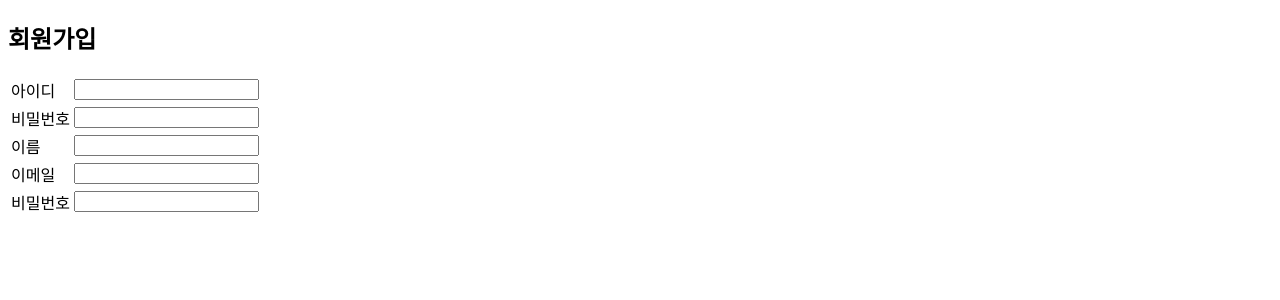
Repository: Idooru/academy_servlet
Page: pro07/WebContent/memberForm.html
These files come from the project's save history. The page is drawn as it stood at one moment and after a run of saves; the edit follows.
The browser window is 1280 px wide. The pictures show the whole page.

Above is the page before, as saved 2023-09-05 00:50:44.

### pro07/WebContent/memberForm.html
<!DOCTYPE html>
<html>

<head>
	<meta charset="UTF-8">
	<title>Insert title here</title>
</head>

<body>

	<form name="frmMember">
		<h2>회원가입</h2>
		<table>
			<tr>
				<td>아이디</td>
				<td><input type="text" name="id" /></td>
			</tr>
			<tr>
				<td>비밀번호</td>
				<td><input type="password" name="pwd" /></td>
			</tr>
			<tr>
				<td>이름</td>
				<td><input type="text" name="name" /></td>
			</tr>
			<tr>
				<td>이메일</td>
				<td><input type="email" name="email" /></td>
			</tr>
			<tr>
				<td>비밀번호</td>
				<td><input type="password" name="pwd" /></td>
			</tr>
		</table>
		<script></script>
	</form>

</body>

</html>

After the next 2 saves:
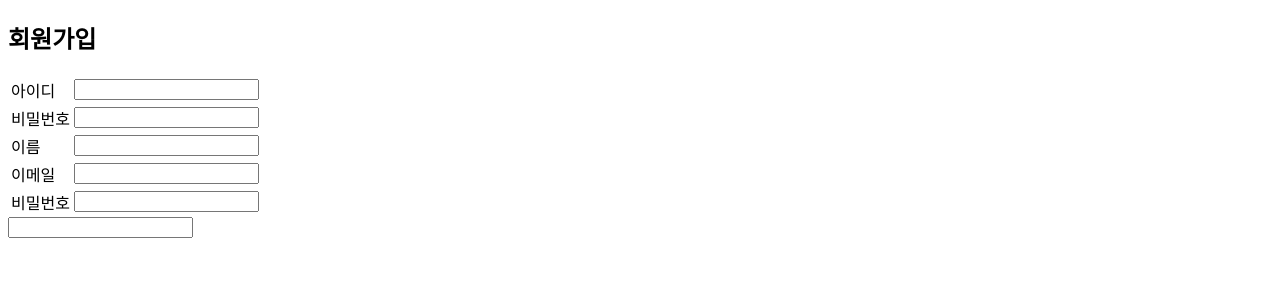
The 2 saves are shown as one change because they came seconds apart.
The last was saved 39 s later.
--- a/pro07/WebContent/memberForm.html
+++ b/pro07/WebContent/memberForm.html
@@ -32,7 +32,7 @@
 				<td><input type="password" name="pwd" /></td>
 			</tr>
 		</table>
-		<script></script>
+		<input/>
 	</form>
 
 </body>
